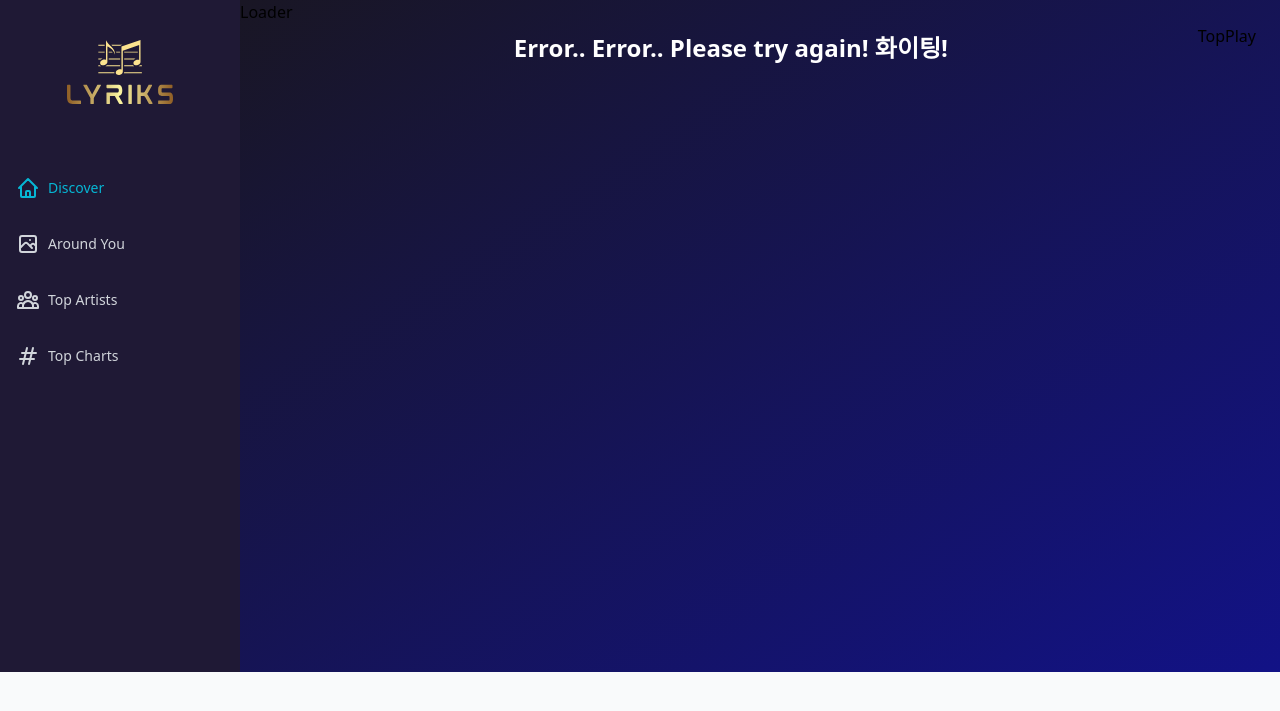
Repository: tessa5/spotify_clone
Page: /
The author's editor kept a copy of each file at every save. The page is drawn from the files as they stood at one save, then again after a run of saves.
The browser window is 1280 px wide. The pictures show the whole page.
The page's requests for data from a server got no answer. The project was rebuilt for these pictures with package versions that can differ from the ones it lists, and the page was loaded fresh each time. No one was signed in, and anything a server would have sent is missing. Also part of the build but not shown: vite.config.js, src/components/PlayPause.jsx, src/components/SongCard.jsx, src/components/ArtistCard.jsx, src/components/DetailsHeader.jsx, src/components/SongBar.jsx, src/components/RelatedSongs.jsx, src/components/MusicPlayer/Controls.jsx and 11 more.

Above is the page before, as saved 2022-10-06 14:50:20.

After the next 2 saves:
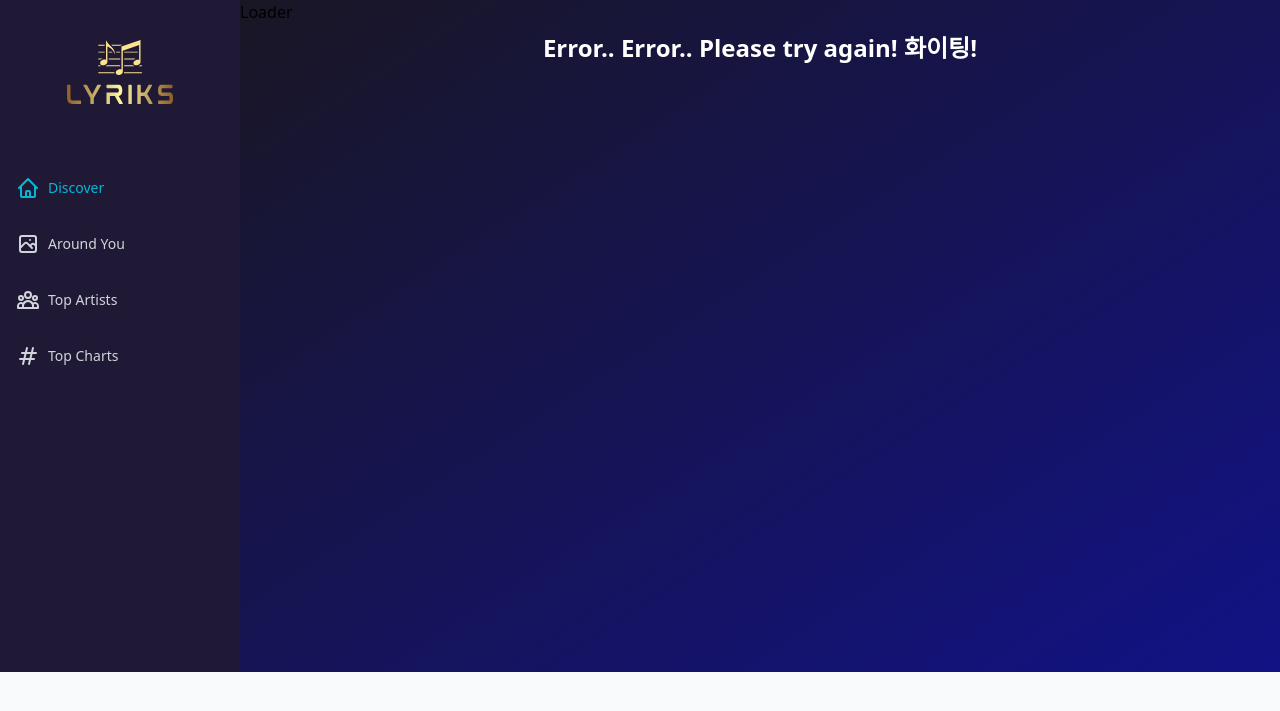
The 2 saves are shown as one change because they came seconds apart.
The last was saved 28 s later.
--- a/src/components/TopPlay.jsx
+++ b/src/components/TopPlay.jsx
@@ -11,8 +11,8 @@ import { useGetTopChartsQuery } from '../redux/services/shazamcore';
 import 'swiper/css';
 import 'swiper/css/free-mode';
 
-const TopPlay = () => (
-  <div>TopPlay</div>
-);
+const TopPlay = () => {
+
+}
 
 export default TopPlay;
